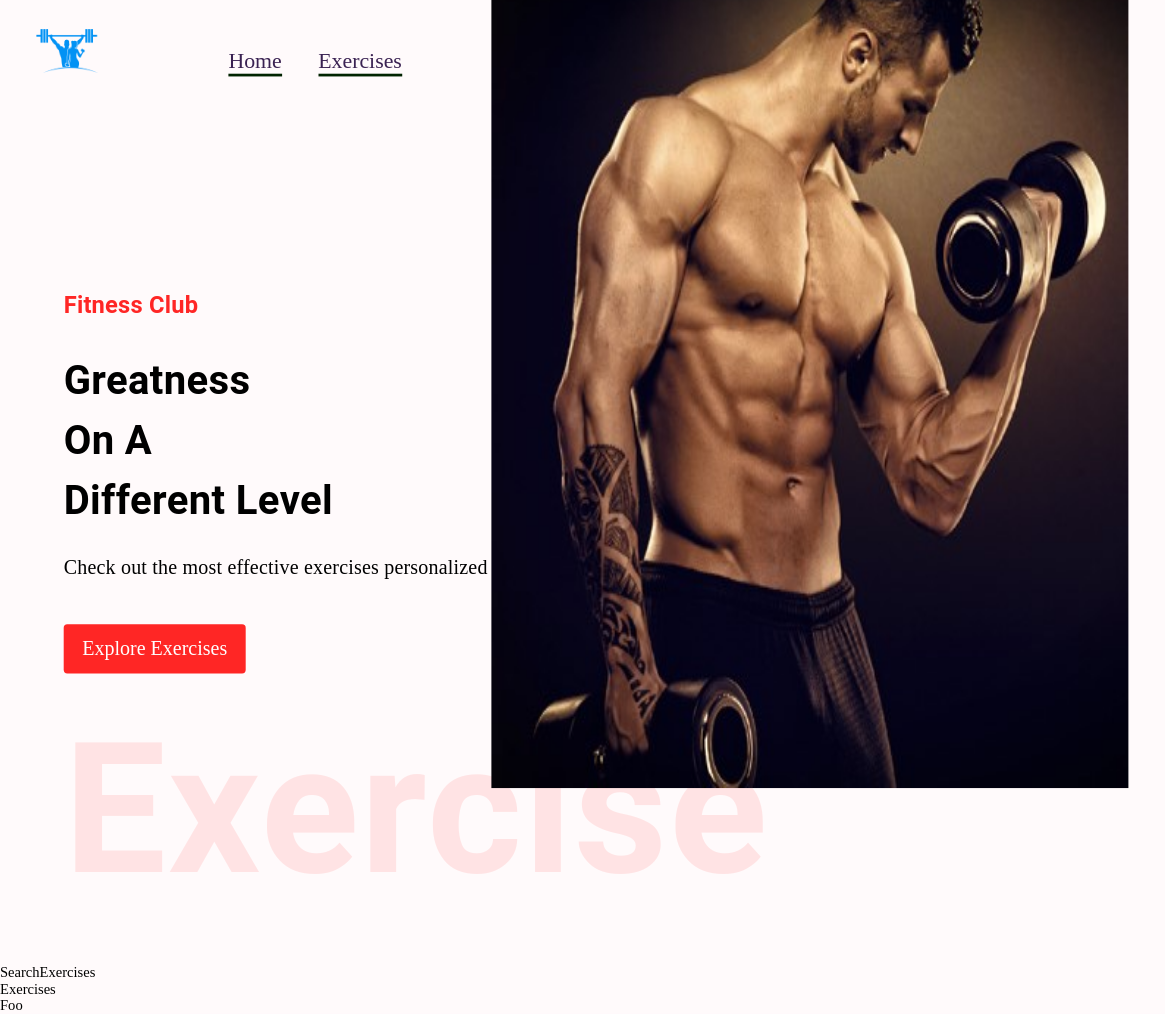
Repository: MhlengiNgubane/Workout-App
Page: /
An editor plug-in stored every save of this project. The page is shown before and after the next save, followed by the edit.
The browser window is 1280 px wide. The pictures show the whole page, at 91% of full size.
The project was rebuilt for these pictures with package versions that can differ from the ones it lists, and the page was loaded fresh each time. Also part of the build but not shown: src/pages/ExerciseDetail.js.

Above is the page before, as saved 2022-07-31 20:14:18.

After the next save:
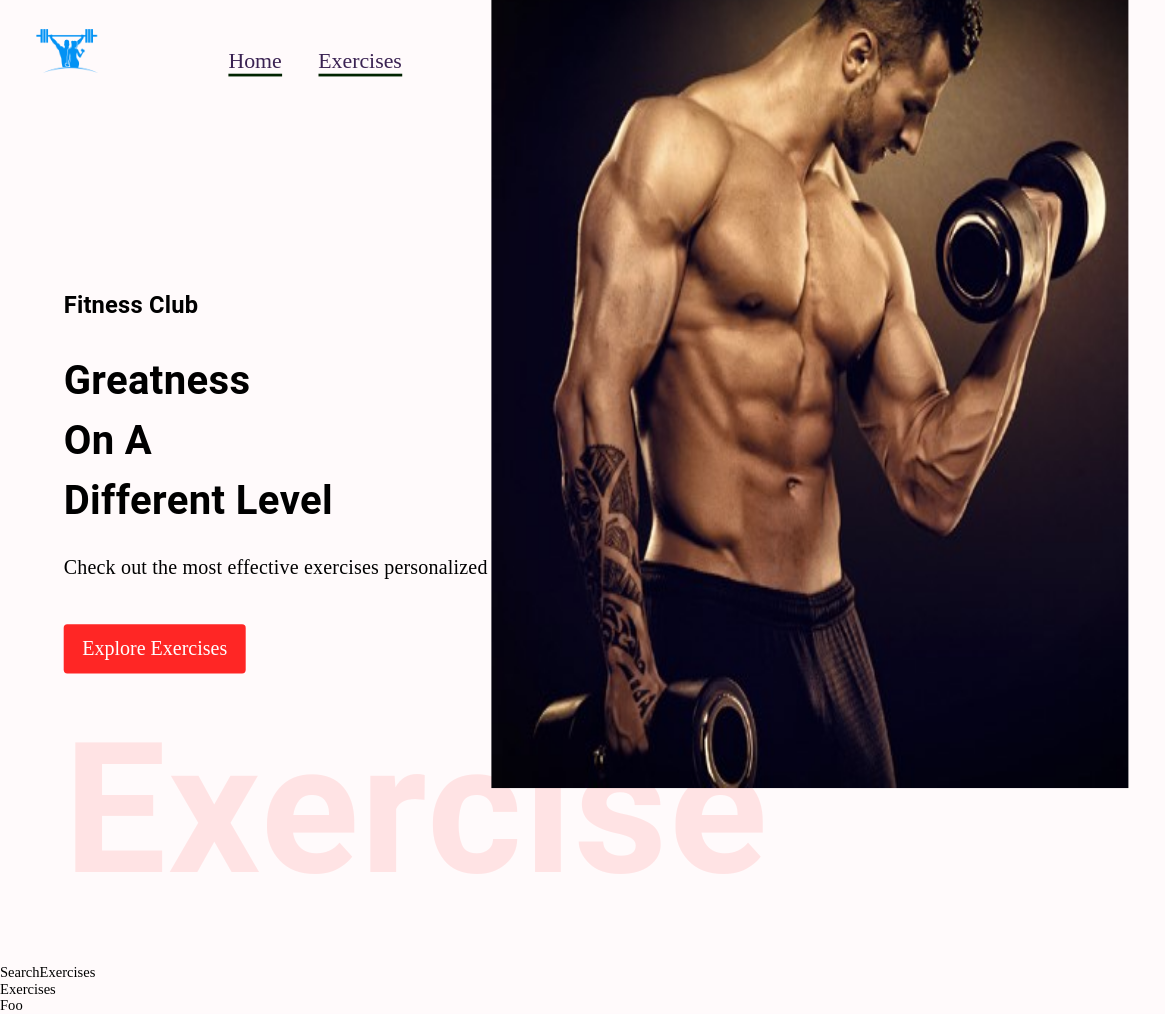
Saved 16 s later.
--- a/src/components/HeroBanner.js
+++ b/src/components/HeroBanner.js
@@ -4,7 +4,7 @@
 
 const HeroBanner = () => (
   <Box sx={{ mt: { lg: '212px', xs: '70px' }, ml: { sm: '50px' } }} position="relative" p="20px">
-    <Typography color="#FF2625" fontWeight="600" fontSize="26px">Fitness Club</Typography>
+    <Typography color="color: '#3A2252'" fontWeight="600" fontSize="26px">Fitness Club</Typography>
     <Typography fontWeight={700} sx={{ fontSize: { lg: '44px', xs: '40px' } }} mb="23px" mt="30px">
       Greatness <br /> On A <br />
       Different Level
